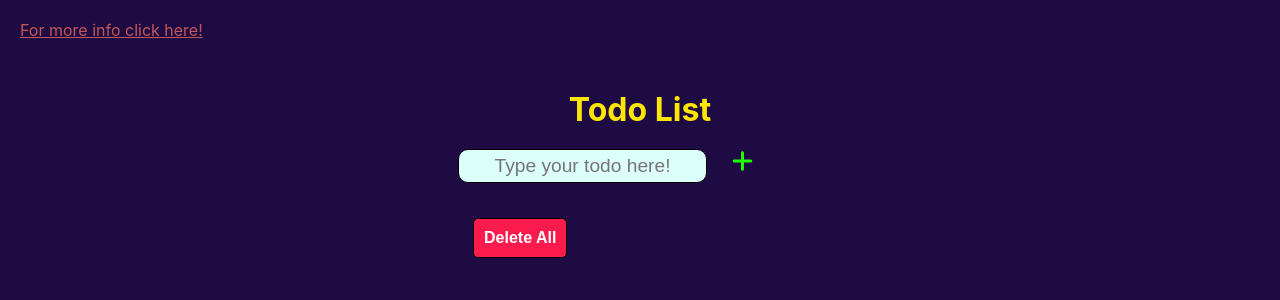
Repository: badhon252/todo-app
Page: /
An editor plug-in stored every save of this project. The page is shown before and after the next save, followed by the edit.
The browser window is 1280 px wide. The pictures show the whole page.
The project was rebuilt for these pictures with package versions that can differ from the ones it lists, and the page was loaded fresh each time.

Above is the page before, as saved 2022-01-26 23:17:51.

After the next save:
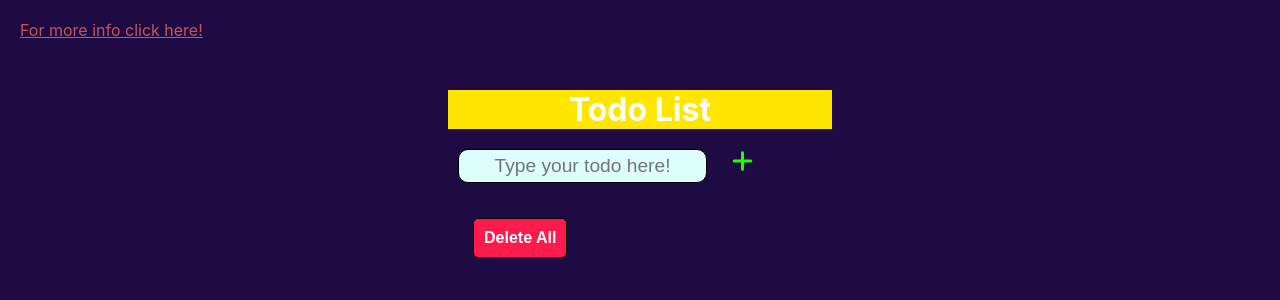
Saved 33 s later.
--- a/src/Styles/style.css
+++ b/src/Styles/style.css
@@ -11,7 +11,8 @@
   width: 24rem;
 }
 h1 {
-  color: #ffe600;
+  background-color: #ffe600;
+  color: #fff;
   text-align: center;
 }
 a {
